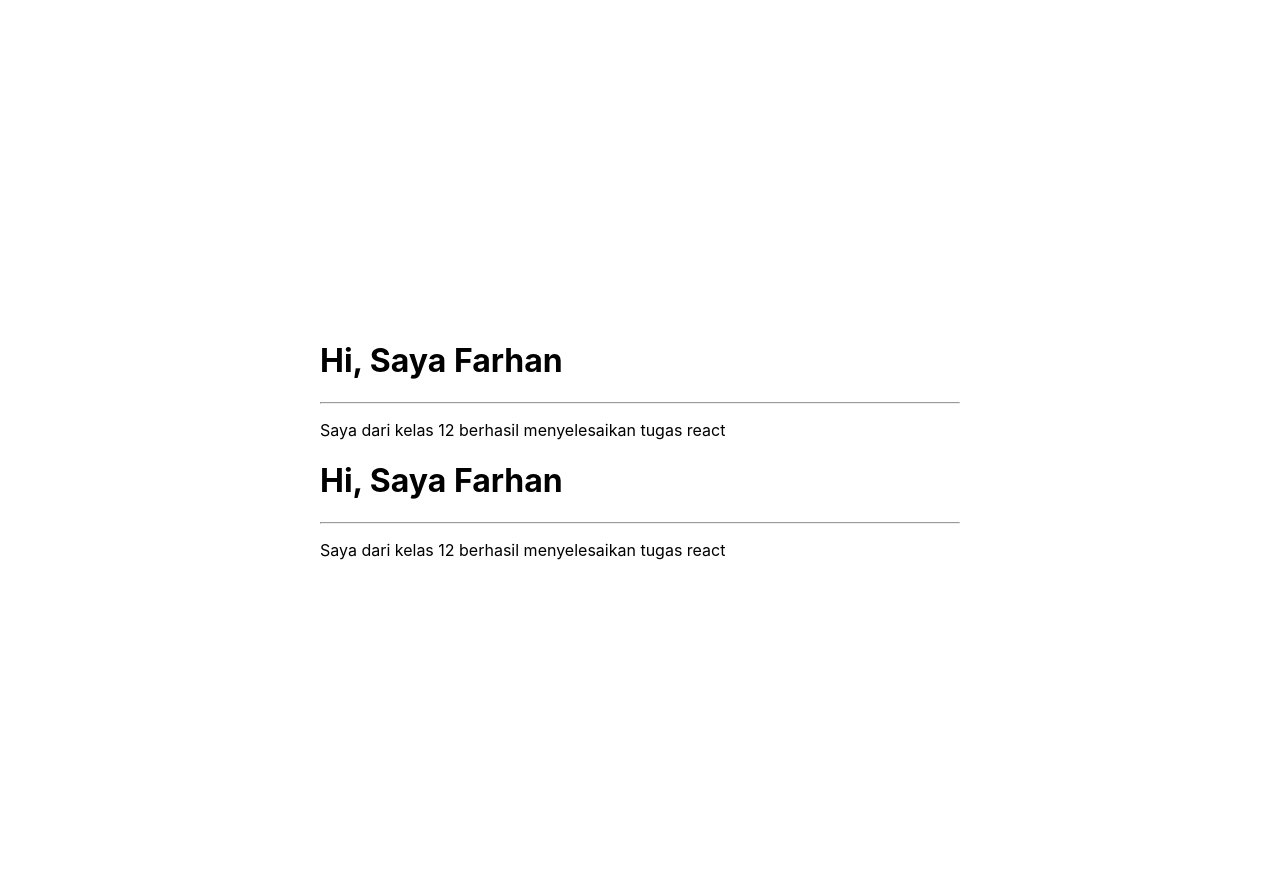
Repository: mfarhannr/Tugas-Reactjs_Farhan
Page: /
An editor plug-in stored every save of this project. The page is shown before and after a run of saves, followed by the edit.
The browser window is 1280 px wide. The pictures show the whole page.
The project was rebuilt for these pictures with package versions that can differ from the ones it lists, and the page was loaded fresh each time.

Above is the page before, as saved 2024-05-03 15:22:15.

After the next 2 saves:
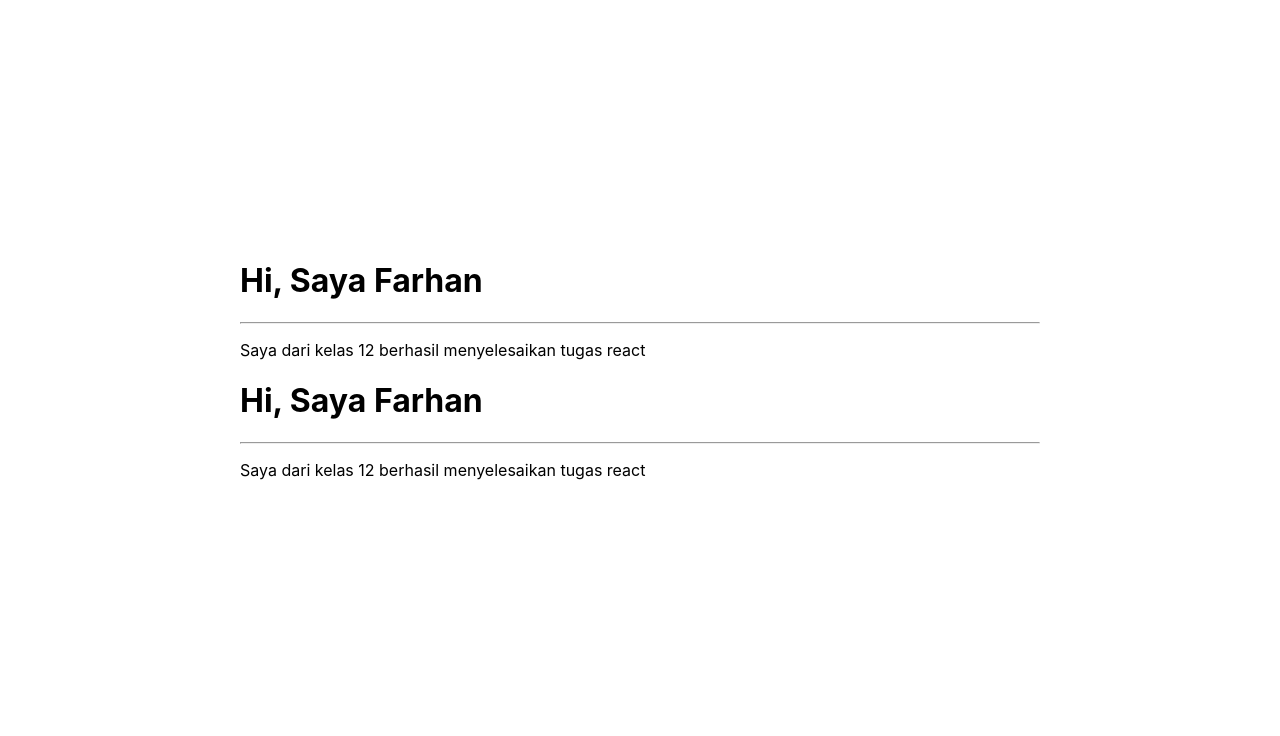
The 2 saves are shown as one change because they came seconds apart.
The last was saved 14 s later.
--- a/src/App.css
+++ b/src/App.css
@@ -1,5 +1,5 @@
 .App {
-  padding: 20rem;
+  padding: 15rem;
 }
 
 .App-logo {
